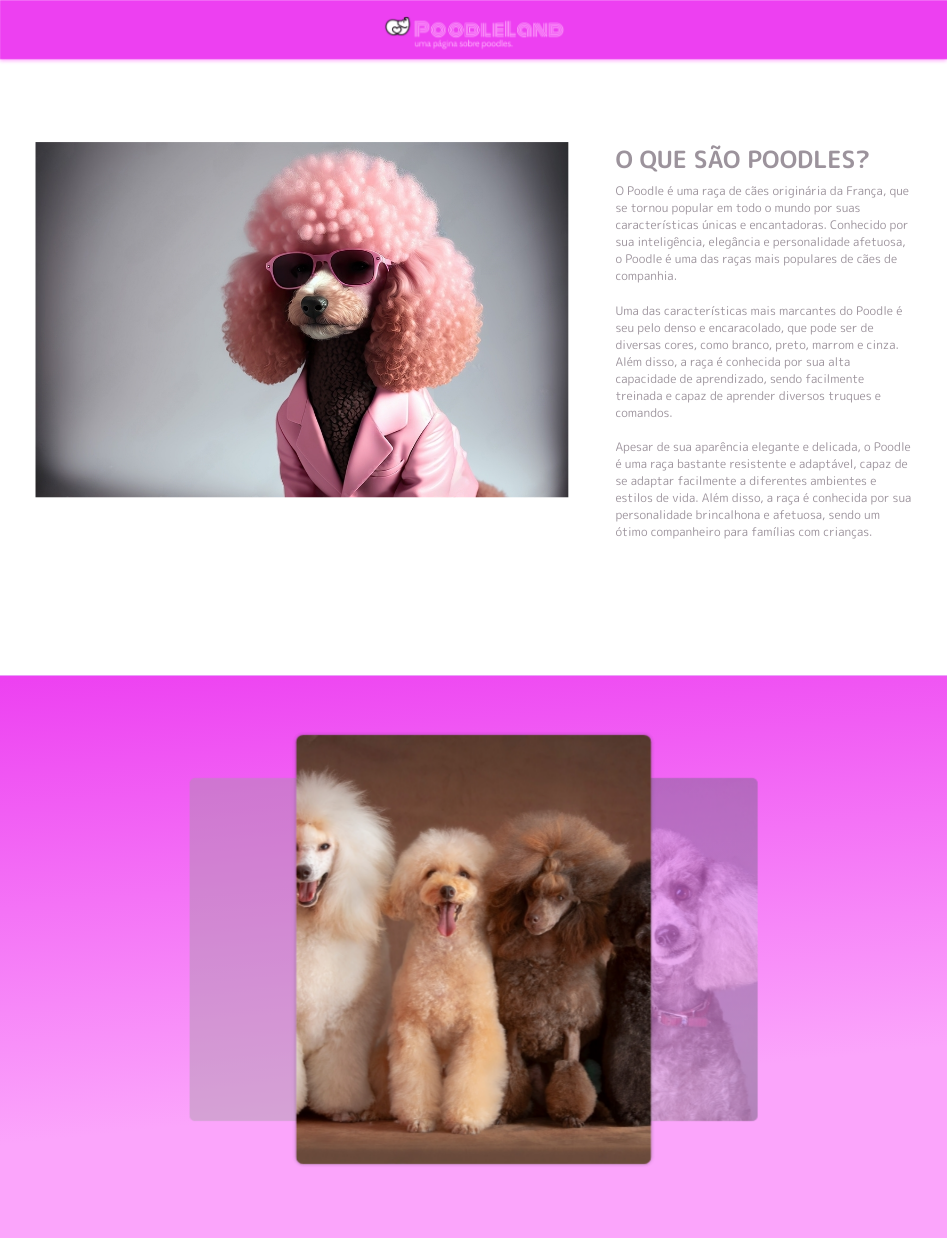
Repository: vinibalt/PoodleLand
Page: poddlelandia.html
The author's editor kept a copy of each file at every save. The page is drawn from the files as they stood at one save, then again after the next save.
The browser window is 1280 px wide. The pictures show the whole page, at 74% of full size.
Pictures or frames that could not be fetched are drawn as grey boxes.

Above is the page before, as saved 2023-05-12 21:36:17.

After the next save:
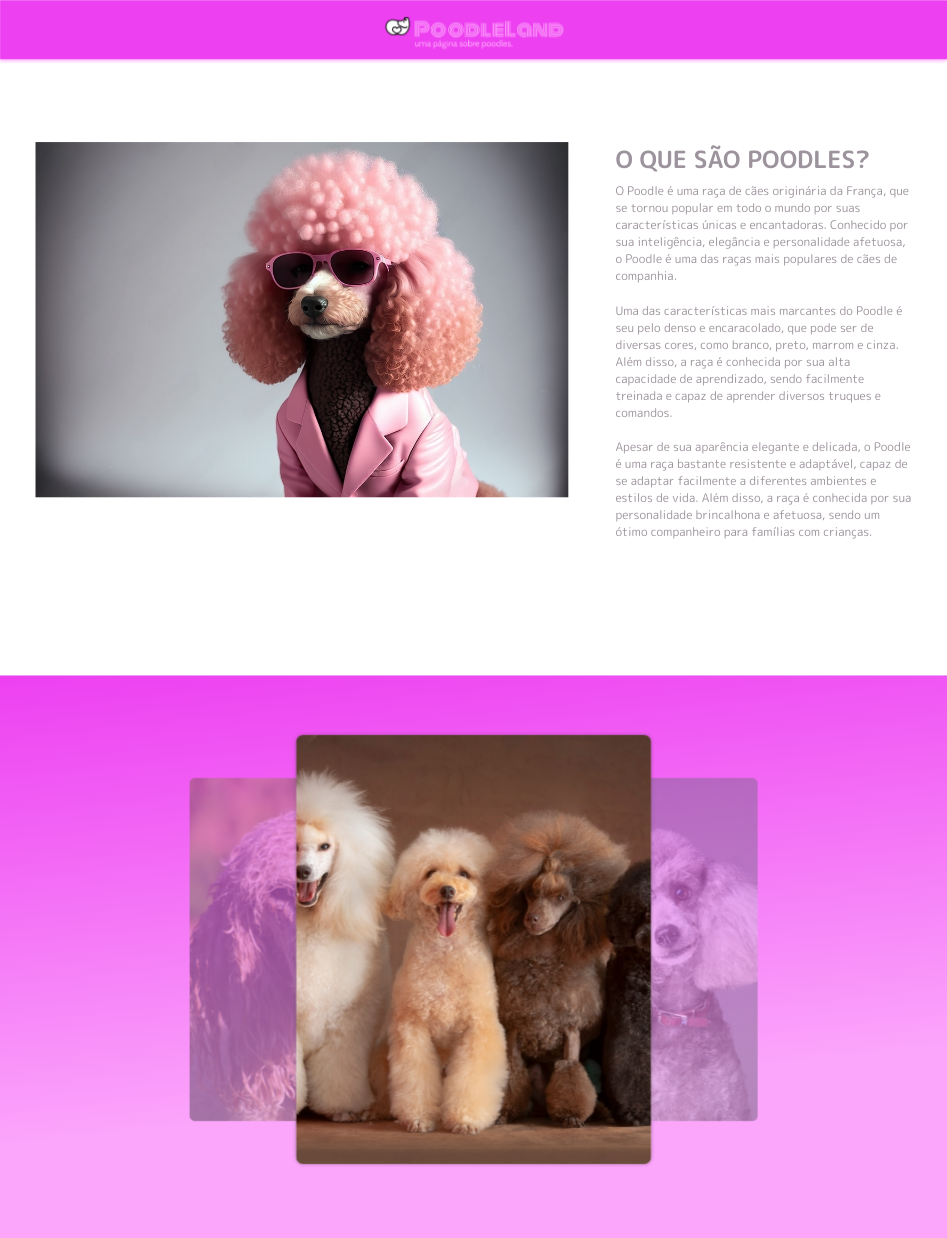
Saved 10 s later.
--- a/poddlelandia.html
+++ b/poddlelandia.html
@@ -54,7 +54,7 @@
               <img class="img-carousel" src="./assets/img/poodle-cinza-transformed.jpeg" alt="song">
             </label>
             <label class="card" for="item-3" id="song-3">
-              <img class="img-carousel" src="./assets/img/" alt="song">
+              <img class="img-carousel" src="./assets/img/poodle-sujo.jpg" alt="song">
             </label>
           </div>
         </div>
